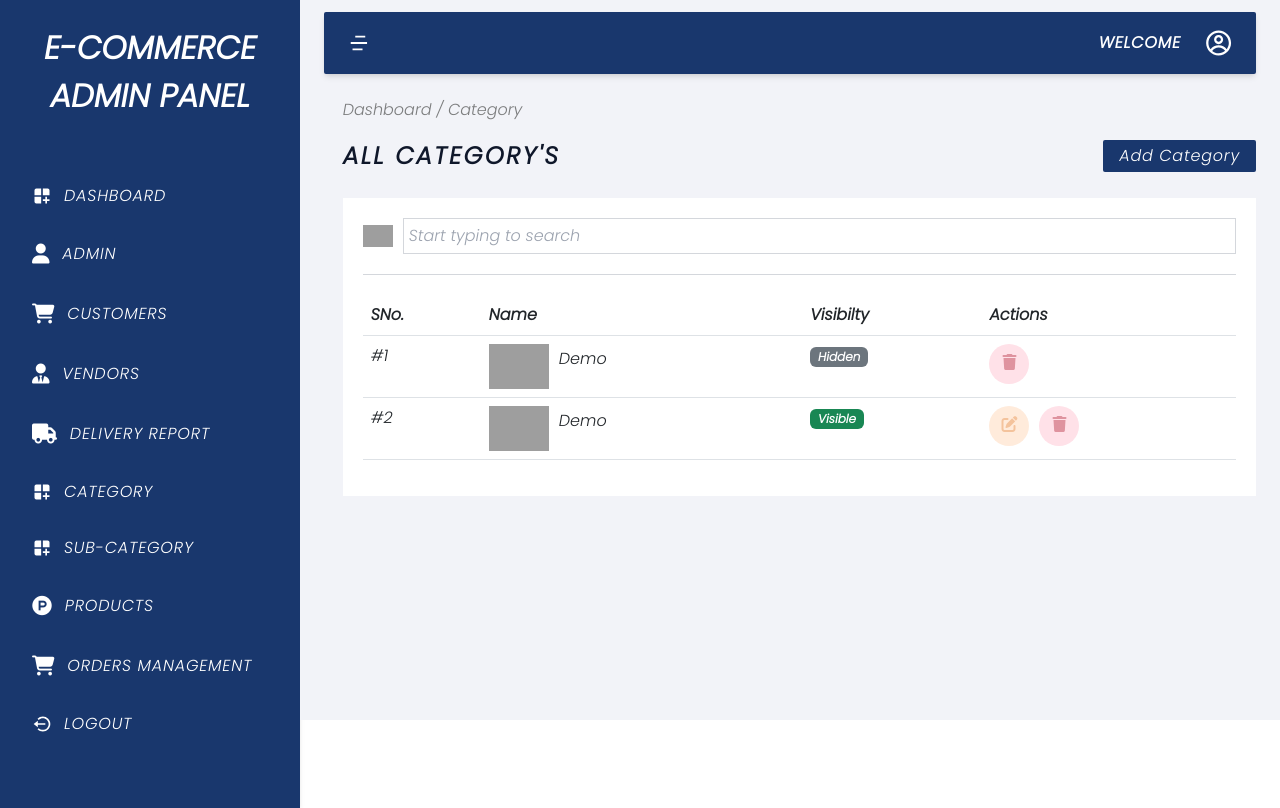
Repository: FlyweisReact/Hariom-Admin-Panel
Page: /E-Commerce/Category
These files come from the project's save history. The page is drawn as it stood at one moment and after the next save; the edit follows.
The browser window is 1280 px wide. The pictures show the whole page.
Pictures or frames that could not be fetched are drawn as grey boxes. Some web libraries are served in a nearby version. The project was rebuilt for these pictures with package versions that can differ from the ones it lists, and the page was loaded fresh each time. Also part of the build but not shown: src/vendorPanel/forms/VendorLogin.jsx, src/vendorPanel/layout/Navbar.jsx, src/vendorPanel/layout/Sidebar.jsx, src/vendorPanel/layout/HOC.jsx, src/vendorPanel/pages/AdminDiscount.js, src/vendorPanel/pages/AdminReview.js, src/vendorPanel/pages/Astrologers.js, src/vendorPanel/pages/Banners.js and 32 more.

Above is the page before, as saved 2023-04-26 19:17:09.

### public/index.html
<!-- @format -->

<!DOCTYPE html>
<html lang="en">
  <head>
    <meta charset="utf-8" />
    <meta name="viewport" content="width=device-width, initial-scale=1" />
    <meta name="theme-color" content="#000000" />
    <meta
      name="description"
      content="Web site created using create-react-app"
    />
    <link rel="apple-touch-icon" href="%PUBLIC_URL%/favicon.ico?v=2" />
    <link rel="manifest" href="%PUBLIC_URL%/manifest.json" />
    <link rel="preconnect" href="https://fonts.googleapis.com">
<link rel="preconnect" href="https://fonts.gstatic.com" crossorigin>
<link href="https://fonts.googleapis.com/css2?family=Roboto+Mono:ital,wght@1,300&display=swap" rel="stylesheet">
    <title>HariOm</title>
  </head>
  <body>
    <noscript>You need to enable JavaScript to run this app.</noscript>
    <div id="root"></div>
    <script src="https://code.jquery.com/jquery-3.6.0.min.js"></script>
    <script src="https://kit.fontawesome.com/b533b351e4.js" crossorigin="anonymous"></script>
  </body>
</html>

### src/index.js
import React from "react";
import ReactDOM from "react-dom/client";
import "./index.css";
import App from "./App";
import { BrowserRouter } from "react-router-dom";
import 'bootstrap/dist/css/bootstrap.min.css'

const root = ReactDOM.createRoot(document.getElementById("root"));
root.render(
  <React.StrictMode>
    <BrowserRouter>
      <App />
    </BrowserRouter>
  </React.StrictMode>
);

### src/index.css
/** @format */

@tailwind base;
@tailwind components;
@tailwind utilities;
@import url("https://fonts.googleapis.com/css2?family=Roboto+Mono:ital,wght@1,300&display=swap");
@font-face {
  font-family: Roboto;
  src: url("./Fonts/Poppins-LightItalic.ttf");
}
body {
  margin: 0;
  font-family: Roboto !important;
  -webkit-font-smoothing: antialiased;
  -moz-osx-font-smoothing: grayscale;
}

code {
  font-family: Roboto !important;
}

html {
  font-family: Roboto !important;
}

::-webkit-scrollbar {
  width: 10px;
}
.fa-trash {
  color: red;
  cursor: pointer;
}

.iCOn {

  transition: 0.5s;
  box-shadow: none;
  transform: scale(1);
}
.cardDiv{
  cursor: pointer;
}

.cardDiv:hover .iCOn{
  box-shadow: rgba(0, 0, 0, 0.35) 0px 5px 15px;
  transform: scale(1.3);
}

/* Track */
::-webkit-scrollbar-track {
  background: #f1f1f1;
}

/* Handle */
::-webkit-scrollbar-thumb {
  background: #888;
}

/* Handle on hover */
::-webkit-scrollbar-thumb:hover {
  background: #555;
}
.profileImage {
  width: 100px;
}
.fa-eye {
  color: #029aff;
  cursor: pointer;
}
.fa-edit {
  cursor: pointer;
  color: blue;
}

.View {
  border: 1px solid black;
  width: 100%;
  padding: 10px;
}

.main-card--container {
  display: grid;
  grid-template-columns: repeat(3, minmax(300px, 500px));
  grid-gap: 50px;
  justify-content: space-around;
}
.card-container {
  margin: 25px 0 auto;
  box-shadow: rgba(0, 0, 0, 0.35) 0px 5px 15px;
  position: relative;
  display: grid;
  grid-template-columns: 1fr;
  justify-content: space-around;
  align-items: flex-start;
}

.myEdit:focus {
  box-shadow: rgba(0, 0, 0, 0.35) 0px 5px 15px;
}



.AstroLogin{
  color: #fff;
  background-color: #2b7a8e;
  padding: 10px;
  width: 380px;
  text-align: center;
  font-size: 20px;
  background: linear-gradient(to left, #2b7a8e 50%, #fff 50%) right;
  background-size: 200%;
  transition: 0.5s ease-out;
  border: 1px solid #2b7a8e;
  margin-top: 10px;
  text-transform: uppercase;
}
.AstroLogin:hover {
  background-position: left;
  color: #2b7a8e;
}

.EcommerceAdminLogin{
  color: #fff;
  background-color: #19376d ;
  padding: 10px;
  width: 380px;
  text-align: center;
  font-size: 20px;
  background: linear-gradient(to left, #19376d 50%, #fff 50%) right;
  background-size: 200%;
  transition: 0.5s ease-out;
  border: 1px solid #19376d;
  margin-top: 10px;
  text-transform: uppercase;
}

.EcommerceAdminLogin:hover{
  background-position: left;
  color: #19376d;
}
.EcommerceVendorLogin{
  color: #fff;
  background-color: #576cbc;
  padding: 10px;
  width: 380px;
  text-align: center;
  font-size: 20px;
  background: linear-gradient(to left, #576cbc 50%, #fff 50%) right;
  background-size: 200%;
  transition: 0.5s ease-out;
  border: 1px solid #576cbc;
  margin-top: 10px;
  text-transform: uppercase;
}

.EcommerceVendorLogin:hover{
  background-position: left;
  color: #576cbc;
}

.view{
  background-color: #2196f3;
  color: #fff;
  width: 50%;
  padding: 5px;
}


.two-sec{
display:flex;
justify-content: space-evenly;
  justify-content: space-evenly;
}
.two-sec .left{
  width: 60%;
  background-color: #f6f1ef;
  padding: 20px;
 }
 .two-sec .left .head{
  font-size: 25px;
  font-weight: bold;
 }



.two-sec .right{
  width: 30%;
  background-color: #f6f1ef;
 }

 .searchDiv{
  width: 100%;
  display: flex;
  gap: 10px;
  border: 1px solid rgb(179, 179, 179);
  padding: 10px;
  margin-bottom: 20px;
  align-items: center;
 }
 .searchDiv input {
  width: 94%;
  outline: none;
  border: none;
 }

 .flexCont {
  display: flex;
  align-items: center;
  gap: 10px;
 }
 .flexCont img{
  width: 60px;
  background-color: #e9ecef;
 }

 .blockContent{
  display: block;
 }
 .blockContent p{
  margin: 0;
 }

 .checkBox{
  width: 50px;
  height: 25px;
  background-color: #e9ecef;
  border-radius: 50px;
  position: relative;
  cursor: pointer;
 }
 .checkBox span{
  width: 20px;
  height: 20px;
  border-radius: 100%;
  background-color: #fff;
  position: absolute;
  left: 5px;
  top: 2px;
 }
 .ActivecheckBox{
  width: 50px;
  height: 25px;
  background-color: #0d6efd;
  border-radius: 50px;
  position: relative;
  cursor: pointer;
 }
 .ActivecheckBox span{
  width: 20px;
  height: 20px;
  border-radius: 100%;
  background-color: #fff;
  position: absolute;
  right: 5px;
  top: 2px;
 }

 .fa-eye{
  color: #0cba73;
  background-color: #d6f8e8;
  width: 40px;
  text-align: center;
  height: 40px;
  display: flex;
  border-radius: 100%;
  justify-content: center;
  padding-top: 10px;  transition: 0.5s;
 }

 .fa-pen-to-square{
  color: #f4c39c;
  background-color: #ffebdb;
  width: 40px;
  text-align: center;
  height: 40px;
  display: flex;
  border-radius: 100%;
  justify-content: center;
  padding-top: 10px;
  cursor: pointer;  transition: 0.5s;
 }
 .fa-trash{
  color: #df939f;
  background-color: #ffe1e8;
  width: 40px;
  text-align: center;
  height: 40px;
  display: flex;
  border-radius: 100%;
  justify-content: center;
  padding-top: 10px;
  cursor: pointer;
  transition: 0.5s;
 }
 .fa-trash:hover{
  transform: scale(1.2);
 }
 .fa-eye:hover{
  transform: scale(1.2);
 }
 .fa-pen-to-square:hover{
  transform: scale(1.2);
 }
 .required{
  color: #e74260;
 }

 .headP{
  margin-left: 2%;
  color: #7b7c7d;
 }
 .filterBox{
  display: flex;
  align-items: center;
  gap: 10px;
  border-bottom: 1px solid #d4d7dc;
  padding-bottom: 20px;
  margin-bottom: 20px;
 }
 .filterBox img{
  width: 30px;

 }
 .filterBox input{
  width: 100%;
  border: 1px solid #d4d7dc;
  outline: none;
  padding: 5px;
  color: black;
 }
 .sectionCont{
  width: 98%;
  background-color: #fff;
  margin-left: 2%;
  padding: 20px;
 }

 .overFlowCont{
  width: 100%;
  overflow-x: auto;
 }

### src/E-CommerceAdmin/pages/ECategory.js
/** @format */

import React from "react";
import HOC from "../layout/HOC";
import { Table, Modal, Form, Button, Badge } from "react-bootstrap";

const ECategory = () => {
  const [modalShow, setModalShow] = React.useState(false);

  function MyVerticallyCenteredModal(props) {
    return (
      <Modal
        {...props}
        size="lg"
        aria-labelledby="contained-modal-title-vcenter"
        centered
      >
        <Modal.Header closeButton>
          <Modal.Title id="contained-modal-title-vcenter">
            {" "}
            Add Category
          </Modal.Title>
        </Modal.Header>
        <Modal.Body>
          <Form>
            <Form.Group className="mb-3">
              <Form.Label>Image</Form.Label>
              <Form.Control type="file" required />
            </Form.Group>
            <Form.Group className="mb-3">
              <Form.Label>Name</Form.Label>
              <Form.Control type="text" required />
            </Form.Group>
            <Form.Group className="mb-3">
              <Form.Label> Visibility</Form.Label>
              <Form.Select aria-label="Default select example" required>
                <option>-- Select --</option>
                <option>Hidden</option>
                <option>Visible</option>
              </Form.Select>
            </Form.Group>

            <Button style={{ backgroundColor: "#19376d", borderRadius: "0" }} type="submit">
              Submit
            </Button>
          </Form>
        </Modal.Body>
      </Modal>
    );
  }

  return (
    <>
      <MyVerticallyCenteredModal
        show={modalShow}
        onHide={() => setModalShow(false)}
      />

      <section>
        <p className="headP">Dashboard / Category</p>
        <div
          className="pb-4 sticky top-0  w-full flex justify-between items-center"
          style={{ width: "98%", marginLeft: "2%" }}
        >
          <span
            className="tracking-widest text-slate-900 font-semibold uppercase"
            style={{ fontSize: "1.5rem" }}
          >
            All Category's
          </span>
          <button
            onClick={() => {
              setModalShow(true);
            }}
            className="md:py-2 px-3 md:px-4 py-1 rounded-sm bg-[#19376d] text-white tracking-wider"
          >
            Add Category
          </button>
        </div>

        <section className="sectionCont">
          <div className="filterBox">
            <img
              src="https://t4.ftcdn.net/jpg/01/41/97/61/360_F_141976137_kQrdYIvfn3e0RT1EWbZOmQciOKLMgCwG.jpg"
              alt=""
            />
            <input type="search" placeholder="Start typing to search" />
          </div>

          <div className="overFlowCont">
            <Table>
              <thead>
                <tr>
                  <th>SNo.</th>
                  <th>Name</th>
                  <th>Visibilty</th>
                  <th>Actions</th>
                </tr>
              </thead>
              <tbody>
                <tr>
                <td>#1</td>
                  <td>
                  <span className="flexCont">
                      <img src='https://img.staticmb.com/mbcontent/images/uploads/2022/11/importance-for-vastu-for-home.jpg' alt="" />
                      <p> Demo</p>
                    </span>

                  </td>
                  <td>
                    <Badge bg='secondary' >Hidden</Badge>
                  </td>
                  <td>
                    <i className="fa-solid fa-trash" />
                  </td>
                </tr>
                <tr>
                <td>#2</td>
                  <td>
                  <span className="flexCont">
                      <img src='https://img.staticmb.com/mbcontent/images/uploads/2022/11/importance-for-vastu-for-home.jpg' alt="" />
                      <p> Demo</p>
                    </span>

                  </td>
                  <td>
                    <Badge bg='success' >Visible</Badge>
                  </td>
                  <td>
                  <span className="flexCont">

                      <i
                        class="fa-solid fa-pen-to-square"
                        onClick={() => {
                          setModalShow(true);
                        }}
                      ></i>
                      <i
                        class="fa-sharp fa-solid fa-trash"
                      ></i>
                    </span>
                  </td>
                </tr>
              </tbody>
            </Table>
          </div>
        </section>
      </section>
    </>
  );
};

export default HOC(ECategory);

### src/E-CommerceAdmin/layout/HOC.jsx
/** @format */

import React, { useState } from "react";
import Navbar from "./Navbar";
import Sidebar from "./Sidebar";

const HOC = (Wcomponenet) => {
  return function Component() {
    const [hamb, setHamb] = useState(false);
    return (
      <>
        <section className="flex overflow-x-hidden relative ">
          {/* Sidebar */}
          <div
            className={
              hamb
                ? " absolute top-0 z-30 md:w-auto shadow-md bg-slate-200  w-60 transition-all md:-left-full left duration-150  h-auto overflow-y-auto  left-0 "
                : " md:w-72 z-30 bg-slate-200  shadow-md  md:static absolute top-0 -left-full   transition-all duration-150  overflow-y-auto h-auto"
            }
            style={{ minWidth: "300px" }}
          >
            <Sidebar hamb={hamb} setHamb={setHamb} />
          </div>
          {/* Components & Navbar */}
          <div
            className={
              hamb
                ? " transition-all px-4 py-2  duration-150 w-full h-screen"
                : " w-full h-screen  px-4 py-2   z-50 transition-all duration-150 "
            }
            style={{backgroundColor : '#f2f3f8'}}
          >
            <Navbar hamb={hamb} setHamb={setHamb} />
            <div className="my-6 text-#000 h-[87%] wcomp overflow-y-auto">
              {" "}
              <Wcomponenet />
            </div>
          </div>
        </section>
      </>
    );
  };
};

export default HOC;

### src/E-CommerceAdmin/layout/Navbar.jsx
/** @format */

import { RiMenu4Line } from "react-icons/ri";
import { CgProfile } from "react-icons/cg";
import Form from "react-bootstrap/Form";
import { useState } from "react";
import Button from "react-bootstrap/Button";
import Modal from "react-bootstrap/Modal";
import Container from "react-bootstrap/Container";

function MyVerticallyCenteredModal(props) {
  return (
    <Modal
      {...props}
      size="lg"
      aria-labelledby="contained-modal-title-vcenter"
      centered
    >
      <Modal.Header closeButton>
        <Modal.Title id="contained-modal-title-vcenter">
          Edit Profile
        </Modal.Title>
      </Modal.Header>
      <Modal.Body>
        <Container style={{ width: "600px" }}>
          <Form>
            <Form.Group className="mb-3" controlId="formBasicEmail">
              <Form.Label>Name</Form.Label>
              <Form.Control type="text" placeholder="Admin" />
            </Form.Group>
            <Form.Group className="mb-3" controlId="formBasicPassword">
              <Form.Label>Email Address</Form.Label>
              <Form.Control type="email" placeholder="admin@gmail.com" />
            </Form.Group>
            <Form.Group className="mb-3" controlId="formBasicPassword">
              <Form.Label>Password</Form.Label>
              <Form.Control type="password" placeholder="Password" />
            </Form.Group>
            <Button variant="outline-success" type="submit">
              Edit
            </Button>
          </Form>
        </Container>
      </Modal.Body>
    </Modal>
  );
}

const Navbar = ({ hamb, setHamb }) => {
  const [modalShow, setModalShow] = useState(false);

  return (
    <>
      <MyVerticallyCenteredModal
        show={modalShow}
        onHide={() => setModalShow(false)}
      />

      <div
        className={
          hamb
            ? "flex  w-full justify-between  my-1 rounded-sm  p-4 py-3 shadow-md items-center  bg-slate-200 space-x-4"
            : "flex  w-full justify-between my-1 rounded-sm  p-4 py-3 shadow-md items-center  bg-slate-200 space-x-4"
        }
        style={{backgroundColor : '#19376d'}}
      >
        <RiMenu4Line
          onClick={() => setHamb(!hamb)}
          className="text-2xl font-bold text-gray-900 hover:scale-90 cursor-pointer"
          style={{color : '#fff'}}
        />

        <section className="flex sm:ml-auto justify-end sm:w-full items-center space-x-2  pr-2">
          <figcaption className="tracking-wider pl-1 font-semibold">
            <div className="lg:text-base text-sm text-gray-900  uppercase"    style={{color : '#fff'}}>
              Welcome
            </div>
          </figcaption>
        </section>

        <CgProfile
          onClick={() => setModalShow(true)}
          className="text-2xl sm:text-3xl font-bold text-[rgb(241,146,46)] cursor-pointer"
          style={{color : '#fff'}}
        />
      </div>
    </>
  );
};

export default Navbar;

### src/E-CommerceAdmin/layout/Sidebar.jsx
/** @format */

import React from "react";
import { RiCloseLine } from "react-icons/ri";
import { Link, useNavigate } from "react-router-dom";
import { BiLogOutCircle } from "react-icons/bi";
import { MdDashboardCustomize } from "react-icons/md";

const Sidebar = ({ hamb, setHamb }) => {
  const navigate = useNavigate();

  const nav = [
    {
      icon: <MdDashboardCustomize className="text-xl mr-3 rounded-full " />,
      link: "/E-Commerce/dashboard",
      name: "Dashboard",
    },

    {
      icon: (
        <i class="fa-solid fa-user text-xl mr-3 rounded-full"></i>
        ),
      link: "/E-Commerce/Admin",
      name: "Admin",
    },
    {
      icon: (
        <i className="fa-solid fa-cart-shopping text-xl mr-3 rounded-full"></i>
      ),
      link: "/E-Commerce/Admin/Customer",
      name: "Customers",
    },
    {
      icon:<i class="fa-solid fa-user-tie text-xl mr-3 rounded-full"></i>,
      link: "/E-Commerce/VendorList",
      name: "Vendors",
    },

    {
      icon: (
        <i class="fa-solid fa-truck  text-xl mr-3 rounded-full" ></i>
      ),
      link: "/E-Commerce/Admin/Delivery",
      name: "Delivery Report",
    },

    {
      icon: <MdDashboardCustomize className="text-xl mr-3 rounded-full " />,
      link: "/E-Commerce/Category",
      name: "Category",
    },

    {
      icon: (
        <MdDashboardCustomize className="text-xl mr-3 rounded-full " />
      ),
      link: "/E-Commerce/Admin/subCat",
      name: "Sub-Category",
    },

    {
      icon:<i className="fa-brands fa-product-hunt text-xl mr-3 rounded-full"></i>,
      link: "/E-Commerce/Product",
      name: "Products",
    },

    {
      icon: (
        <i className="fa-solid fa-cart-shopping text-xl mr-3 rounded-full"></i>
      ),
      link: "/E-commerce/Admin/Orders",
      name: "Orders Management",
    },
  ];

  const logOut = () => {
    navigate("/E-Commerce/login");
  };

  return (
    <>
      <aside
        className="p-4 h-auto"
        style={{ backgroundColor: "#19376d", minHeight: "100vh" }}
      >
        {/* Top */}
        <div className="w-full md:hidden relative  p-2 mb-4">
          <RiCloseLine
            onClick={() => setHamb(!hamb)}
            className="text-3xl  absolute top-2 sm:hover:rotate-[228deg] transition-transform font-bold right-2 sm:hover:text-[22px] text-[rgb(241,146,46)] cursor-pointer"
          />
        </div>{" "}
        <figure className="flex  flex-col items-center">
          <span
            className="font-bold text-[#fff]"
            style={{
              fontSize: "2rem",
              textAlign: "center",
              textTransform: "uppercase",
            }}
          >
            E-COMMERCE ADMIN PANEL
          </span>
        </figure>
        <nav className="py-6">
          {nav.map((nav) => {
            return (
              <Link
                to={nav.link}
                key={nav.name}
                className=""
                style={{ textDecoration: "none", textTransform: "uppercase" }}
              >
                <span
                  className="flex my-3 items-center cursor-pointer text-gray-900    tracking-wider p-2 rounded-sm"
                  style={{ color: "#FFF" }}
                >
                  {nav.icon} {nav.name}
                </span>
              </Link>
            );
          })}
          <span
            className="flex my-3 items-center cursor-pointer text-gray-900    tracking-wider p-2 rounded-sm"
            onClick={() => logOut()}
            style={{ color: "#FFF", textTransform: "uppercase" }}
          >
            <BiLogOutCircle className="text-xl mr-3 rounded-full " /> LogOut
          </span>
        </nav>
      </aside>
    </>
  );
};

export default Sidebar;

Loaded but not shown: tailwind.config.js (common file); src/App.js (97 lines, source omitted)

After the next save:
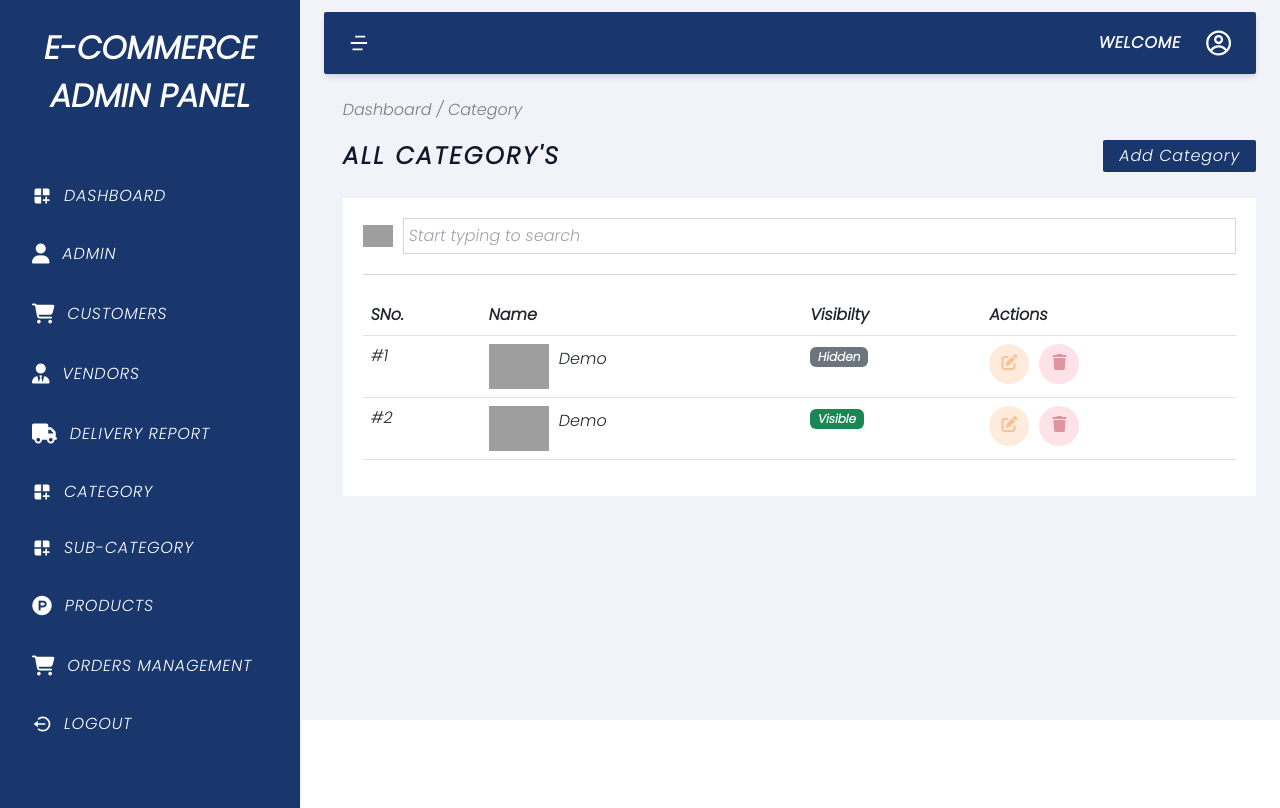
Saved 14 s later.
--- a/src/E-CommerceAdmin/pages/ECategory.js
+++ b/src/E-CommerceAdmin/pages/ECategory.js
@@ -110,8 +110,18 @@ const ECategory = () => {
                   <td>
                     <Badge bg='secondary' >Hidden</Badge>
                   </td>
-                  <td>
-                    <i className="fa-solid fa-trash" />
+                  <td>  <span className="flexCont">
+
+                     <i
+                       class="fa-solid fa-pen-to-square"
+                       onClick={() => {
+                         setModalShow(true);
+                       }}
+                     ></i>
+                     <i
+                       class="fa-sharp fa-solid fa-trash"
+                     ></i>
+                   </span>
                   </td>
                 </tr>
                 <tr>
